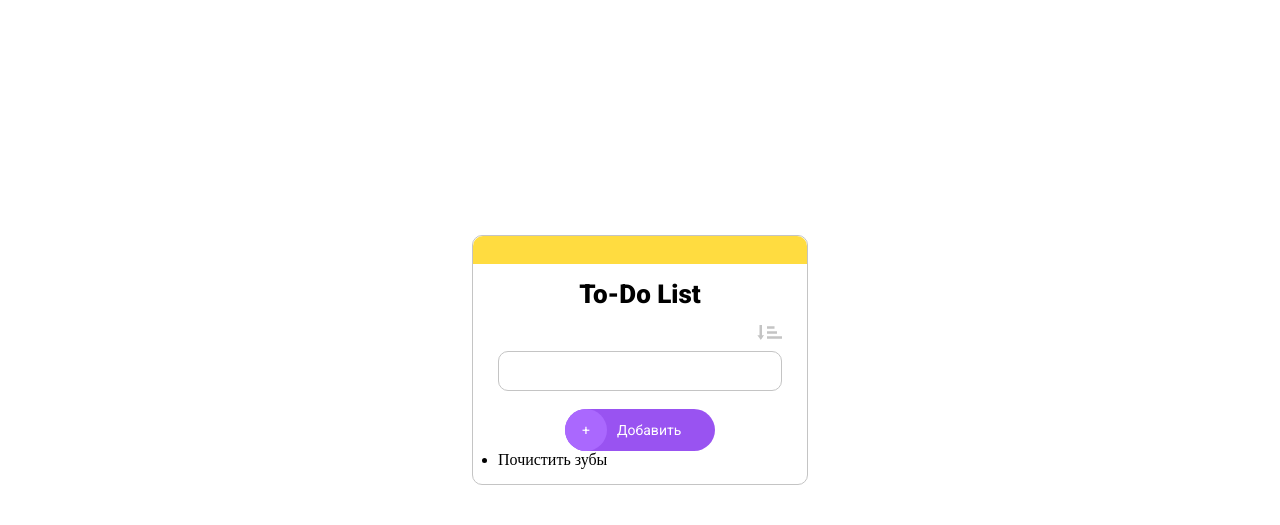
Repository: PoladEziz/Task-15
Page: index.html
An editor plug-in stored every save of this project. The page is shown before and after a run of saves, followed by the edit.
The browser window is 1280 px wide. The pictures show the whole page.
The style sheet was rebuilt from its Sass, Less or Tailwind sources for each picture, by a compiler version that may differ from the author's.

Above is the page before, as saved 2023-08-10 15:47:26.

After the next 2 saves:
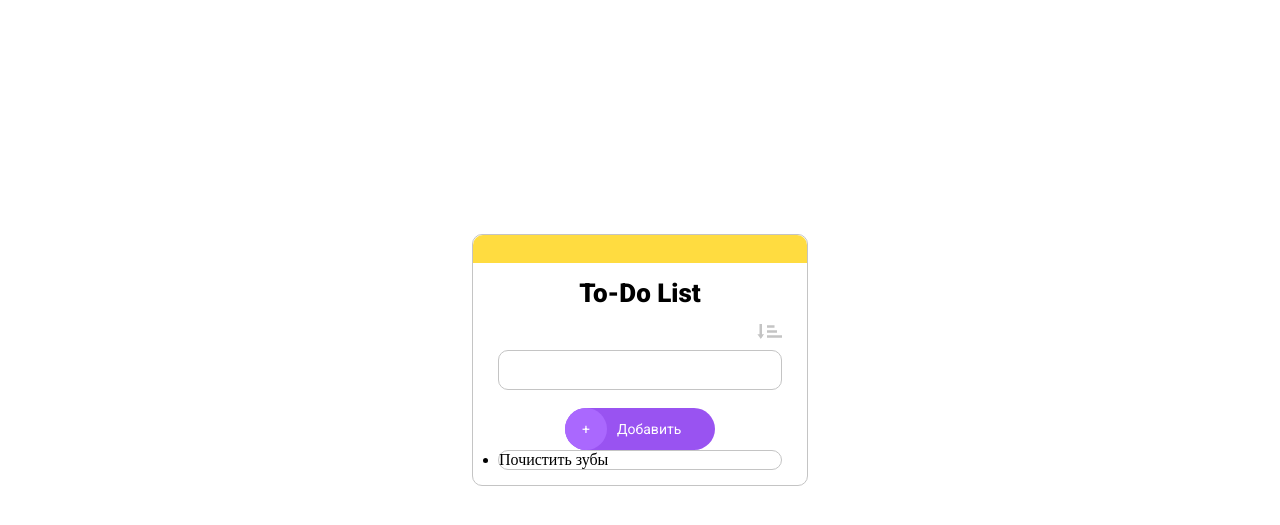
The 2 saves are shown as one change because they came seconds apart.
The last was saved 39 s later.
--- a/index.scss
+++ b/index.scss
@@ -98,6 +98,12 @@
           }
         }
       }
+      ul{
+        border-radius: 10px;
+border: 1px solid #C4C4C4;
+background: rgba(196, 196, 196, 0.00);
+
+      }
 
     }
   }
